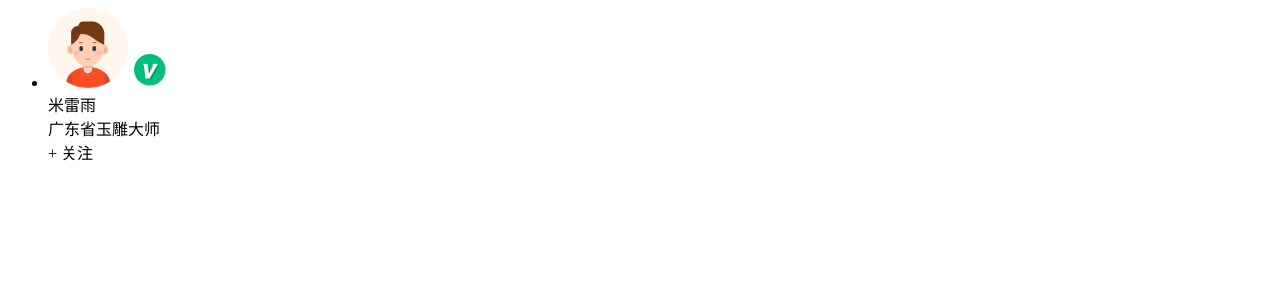
Repository: 1yanglulu/-
Page: html/pingjiadingzhi.html
An editor plug-in stored every save of this project. The page is shown before and after the next save, followed by the edit.
The browser window is 1280 px wide. The pictures show the whole page.

Above is the page before, as saved 2020-01-10 16:15:44.

### html/pingjiadingzhi.html
<ul class="special-review-box">
  <li class="special-review-item">
    <div class="fix-avatar-box clearfix">
      <div class="fix-inner-lf fl">
        <img src="../images/defaultImg.png">
        <img src="../images/vipicon.png">
      </div>
      <div class="fix-inner-con fl">
        <div class="fix-inner-con-first-top">米雷雨</div>
        <div class="fix-inner-con-first-bom">广东省玉雕大师</div>
      </div>
      <div class="fix-inner-rg fn fr">
        <span>+</span>
        <span>关注</span>
      </div>
    </div>
  </li>
</ul>

After the next save:
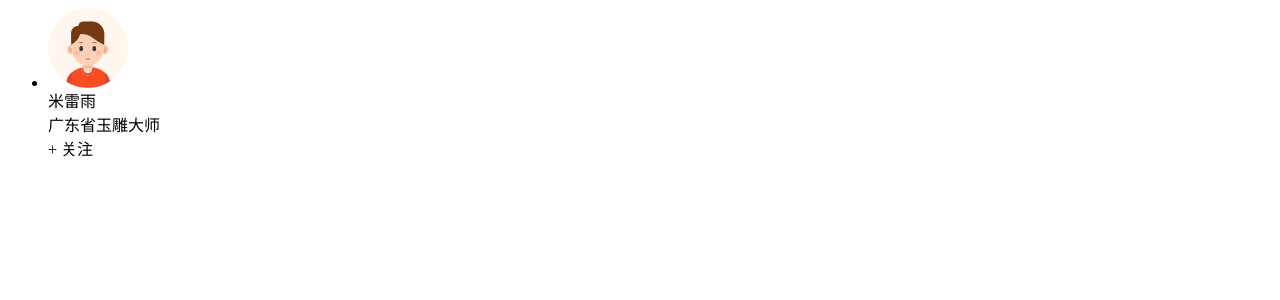
Saved 103 s later.
--- a/html/pingjiadingzhi.html
+++ b/html/pingjiadingzhi.html
@@ -3,7 +3,6 @@
     <div class="fix-avatar-box clearfix">
       <div class="fix-inner-lf fl">
         <img src="../images/defaultImg.png">
-        <img src="../images/vipicon.png">
       </div>
       <div class="fix-inner-con fl">
         <div class="fix-inner-con-first-top">米雷雨</div>
